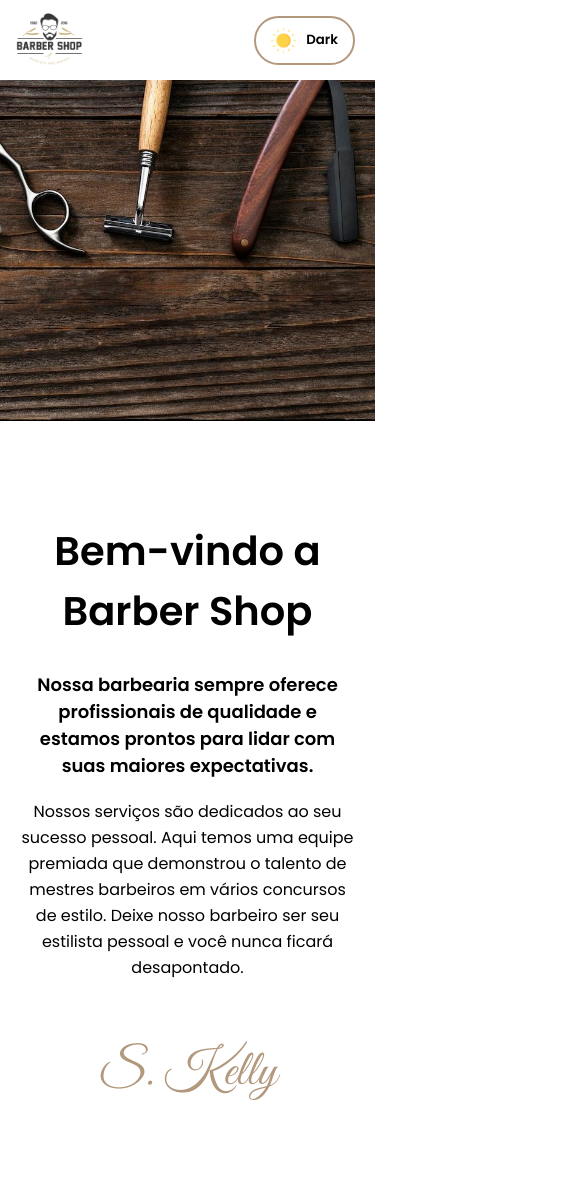
Repository: Daniells642/LandingPage-React
Page: /
The author's editor kept a copy of each file at every save. The page is drawn from the files as they stood at one save, then again after the next save.
The browser window is 375 px wide. The page is 375 px wide, then 587 px, so the pictures cover 587 px, including what lies to the right of the window. The pictures show the whole page.
The project was rebuilt for these pictures with package versions that can differ from the ones it lists, and the page was loaded fresh each time.

Above is the page before, as saved 2022-11-04 23:50:36.

### public/index.html
<!DOCTYPE html>
<html lang="en">
  <head>
    <meta charset="utf-8" />
    <link rel="icon" href="assets/barbearia-logo.png" />
    <meta name="viewport" content="width=device-width, initial-scale=1" />
    <meta name="theme-color" content="#000000" />
    <meta
      name="description"
      content="Web site created using create-react-app"
    />
    <link rel="apple-touch-icon" href="%PUBLIC_URL%/logo192.png" />
    <!--
      manifest.json provides metadata used when your web app is installed on a
      user's mobile device or desktop. See https://developers.google.com/web/fundamentals/web-app-manifest/
    -->
    <link rel="manifest" href="%PUBLIC_URL%/manifest.json" />
    <!--
      Notice the use of %PUBLIC_URL% in the tags above.
      It will be replaced with the URL of the `public` folder during the build.
      Only files inside the `public` folder can be referenced from the HTML.

      Unlike "/favicon.ico" or "favicon.ico", "%PUBLIC_URL%/favicon.ico" will
      work correctly both with client-side routing and a non-root public URL.
      Learn how to configure a non-root public URL by running `npm run build`.
    -->

    <link rel="preconnect" href="https://fonts.googleapis.com">
    <link rel="preconnect" href="https://fonts.gstatic.com" crossorigin>
    <link href="https://fonts.googleapis.com/css2?family=Poppins:wght@400;500;600&display=swap" rel="stylesheet">
    <link href="https://fonts.googleapis.com/css2?family=Great+Vibes&display=swap" rel="stylesheet">
    <title>Barberia</title>
  </head>
  <body>
    <noscript>You need to enable JavaScript to run this app.</noscript>
    <div id="root"></div>
    <!--
      This HTML file is a template.
      If you open it directly in the browser, you will see an empty page.

      You can add webfonts, meta tags, or analytics to this file.
      The build step will place the bundled scripts into the <body> tag.

      To begin the development, run `npm start` or `yarn start`.
      To create a production bundle, use `npm run build` or `yarn build`.
    -->
  </body>
</html>

### src/App.js
import Barbearia from "./LandingPage";
import './App.css';


function App() {
  return (
    <div>
      <Barbearia/>
    </div>
  );
}

export default App;

### src/LandingPage/index.js
import './style.css';
import React, { useState } from 'react';

export default function Barbearia() {
  const lightMode = "modo-claro";
  const darkMode = "modo-escuro";

  const [estiloAtualizado, setEstiloAtualizado] = useState(true);

  const alterarCor = () => {
    setEstiloAtualizado(!estiloAtualizado);
  };


  return (
    <div className={estiloAtualizado ? lightMode : darkMode}>

        <header>
          <div className='limitar-secao secao-topo'>
            <img className='logo' src="../../assets/barbearia-logo.png" alt="logo-barbearia" title="logo da barbearia"/>

            <button className={estiloAtualizado ? lightMode : darkMode} onClick={alterarCor}>
              <img className="btn-icone" src="assets/sun.png" alt="alternar-modo" title="alternar-modo"/>
              Dark
            </button>
          </div>
        </header>

        <section id="secao-banner" className='limitar-secao'></section>

        <section id="secao-texto" className='limitar-secao secao-texto'>
            <div className='limitar-secao'>
              <h1>Bem-vindo a Barber Shop</h1>
              <p className='primeiro-paragrafo'>Nossa barbearia sempre oferece profissionais de qualidade e estamos prontos para lidar com suas maiores expectativas.</p>
              <p className='segundo-paragrafo'>Nossos serviços são dedicados ao seu sucesso pessoal. Aqui temos uma equipe premiada que demonstrou o talento de mestres barbeiros em vários concursos de estilo. Deixe nosso barbeiro ser seu estilista pessoal e você nunca ficará desapontado.</p>
              <p className='assinatura'>S. Kelly</p>
            </div>
        </section>
    </div>
  )
}

### src/App.css
* {
  margin: 0;
  padding: 0;
  box-sizing: border-box;
  font-family: 'Poppins', sans-serif;
}

.limitar-secao {
  max-width: 1024px;
  width: 100%;
  margin: 0 auto;
}

### src/LandingPage/style.css
.modo-claro {
    background-color: #fff;
    color: #000;
}
.modo-escuro {
  background-color: #252323;
  color: #fff;
}

header {
    display: flex;
}

.secao-topo {
    height: 10vh;
    padding-right: 20px;
    display: flex;
    justify-content: space-between;
    align-items: center;
}

.logo {
    width: auto;
    height: 100px;
}

header button {
    display: flex;
    align-items: center;
    border: 2px solid #B2987D;
    font-weight: 600;
    border-radius: 25px;
    padding: 10px 15px;
    cursor: pointer;
  }

  .btn-icone {
    width: 25px;
    height: 25px;
    margin-right: 10px;
  }

#secao-banner {
    display: flex;
    background-image: url('../../public/assets/banner-barbearia.jpg');
    background-repeat: no-repeat;
    background-size: cover;
    background-position: center center;
    height: 341px;
  }

.secao-texto {
    height: auto;
    display: flex;
    align-items: center;
}

.secao-texto div{
    padding: 100px 20px;
    display: flex;
    flex-direction: column;
    text-align: center;
  }

  .secao-texto h1 {
    font-size: 40px;
    margin-bottom: 30px;
  }

.primeiro-paragrafo {
  font-size: 18px;
  font-weight: 600;
  margin-bottom: 20px;
}

.segundo-paragrafo {
  line-height: 26px;
  margin-bottom: 60px;
}

.assinatura {
  font-family: 'Great Vibes', cursive;
  font-weight: 500;
  font-size: 50px;
  color: #B2987D;
}

Loaded but not shown: src/index.js (common file)

After the next save:
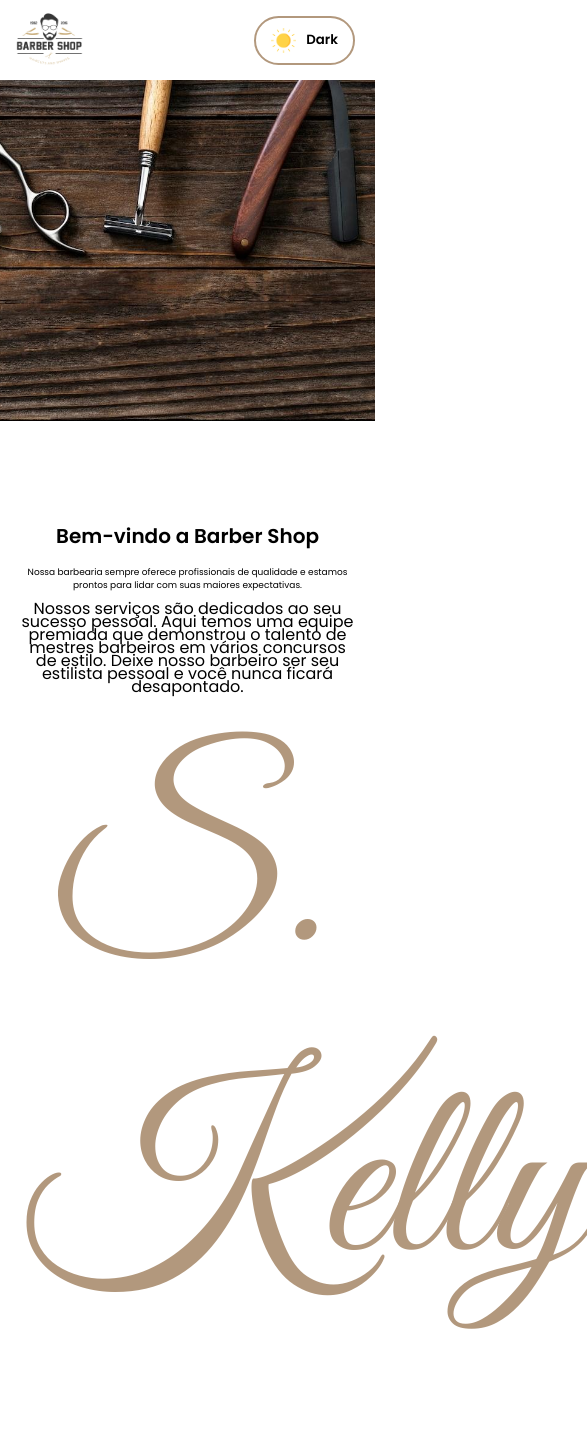
Saved 7 min 56 s later.
--- a/src/LandingPage/style.css
+++ b/src/LandingPage/style.css
@@ -84,3 +84,23 @@
   font-size: 50px;
   color: #B2987D;
 }
+
+@media (max-width: 425px) {
+  .secao-texto h1 {font-size: 20px; margin-bottom: 15px;}
+  .primeiro-paragrafo {
+    font-size: 9px;
+    font-weight: 300;
+    margin-bottom: 10px;
+  }
+  .segundo-paragrafo {
+    line-height: 13px;
+    margin-bottom: 30px;
+  }
+.assinatura {
+  font-family: 'Great Vibes', cursive;
+  font-weight: 250;
+  font-size: 250px;
+  color: #B2987D;
+}
+
+}
